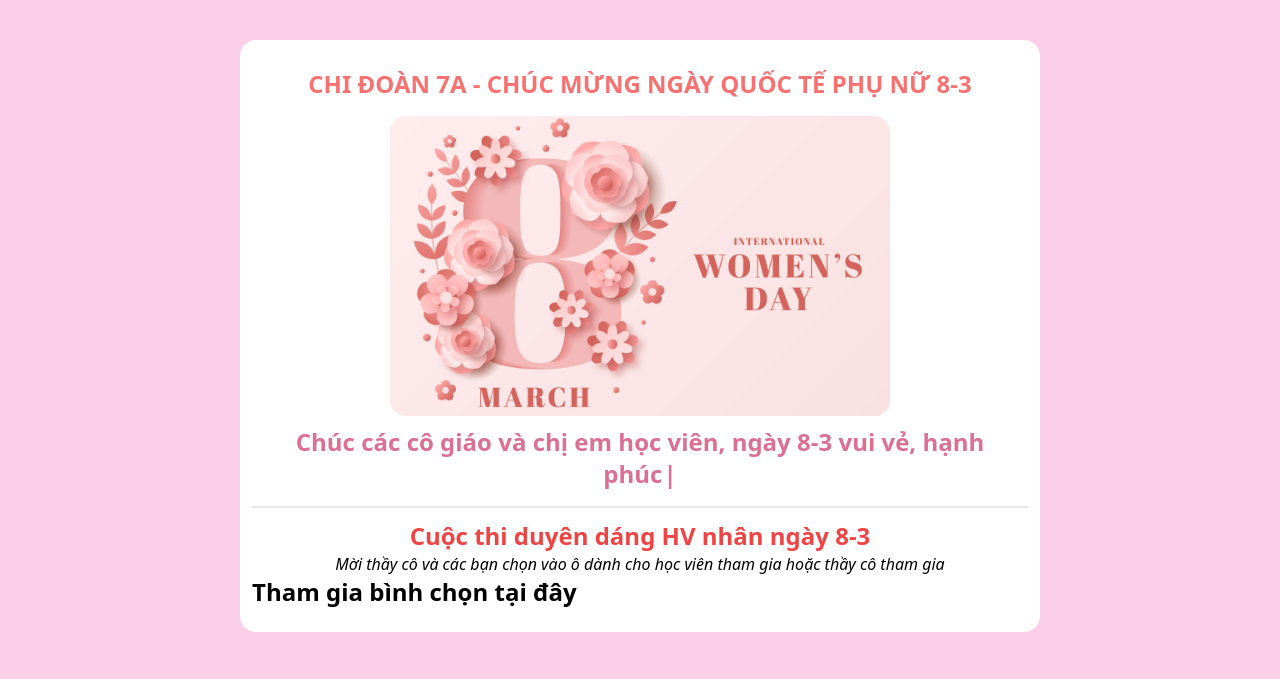
Repository: hoang0508/web-837A
Page: /
These files come from the project's save history. The page is drawn as it stood at one moment and after the next save; the edit follows.
The browser window is 1280 px wide. The pictures show the whole page.
Some web fonts or font styles are not loaded; a fallback is used. The project was rebuilt for these pictures with package versions that can differ from the ones it lists, and the page was loaded fresh each time. Also part of the build but not shown: vite.config.js.

Above is the page before, as saved 2025-02-28 19:24:42.

### index.html
<!DOCTYPE html>
<html lang="en">
  <head>
    <meta charset="UTF-8" />
    <link rel="icon" type="image/svg+xml" href="/vite.svg" />
    <meta name="viewport" content="width=device-width, initial-scale=1.0" />
    <link rel="preconnect" href="https://fonts.googleapis.com" />
    <link rel="preconnect" href="https://fonts.gstatic.com" crossorigin />
    <link
      href="https://fonts.googleapis.com/css2?family=Bai+Jamjuree:ital,wght@0,200;0,300;0,400;0,500;0,600;0,700;1,200;1,300;1,400;1,500;1,600;1,700&family=Montserrat:ital,wght@0,100..900;1,100..900&display=swap"
      rel="stylesheet"
    />
    <title>Vite + React</title>
  </head>
  <body>
    <div id="root"></div>
    <script type="module" src="/src/main.jsx"></script>
  </body>
</html>

### src/index.css
@import url("https://fonts.googleapis.com/css2?family=Bai+Jamjuree:ital,wght@0,200;0,300;0,400;0,500;0,600;0,700;1,200;1,300;1,400;1,500;1,600;1,700&family=Montserrat:ital,wght@0,100..900;1,100..900&display=swap");
@tailwind base;
@tailwind components;
@tailwind utilities;
*,
*:before,
*:after {
  box-sizing: border-box;
}

img,
picture,
svg,
video {
  display: block;
  max-width: 100%;
}
input,
select,
textarea {
  background-color: transparent;
  outline: none;
}
button {
  cursor: pointer;
  background-color: transparent;
  outline: none;
  border: 0;
}
body {
  min-height: 100vh;
  font-weight: 400;
  font-size: 16px;
  line-height: 1;
}

.Typewriter {
  margin: 10px;
  color: palevioletred;
  text-align: center;
  height: 70px;
}

### src/App.jsx
import { useState } from "react";
import reactLogo from "./assets/react.svg";
import anh83 from "./assets/anh832.png";
import Typewriter from "typewriter-effect";

import "./index.css";

function App() {
  const [count, setCount] = useState(0);

  return (
    <>
      <div className="text-2xl font-bold  bg-pink-200 min-h-screen p-10">
        <div className="bg-white shadow-3xl p-3 w-[800px]  my-0 mx-auto rounded-2xl">
          <h1 className="text-center text-red-400 p-4 uppercase">
            Chi đoàn 7A - CHÚC MỪNG NGÀY QUỐC TẾ PHỤ NỮ 8-3
          </h1>
          <div className="mx-auto w-[500px] h-[300px]">
            <img
              src={anh83}
              alt="##"
              className="w-full h-full object-cover rounded-2xl"
            />
          </div>
          <div className="border-b-2 border-gray-200">
            <Typewriter
              options={{
                strings: [
                  `${"Chúc các cô giáo và chị em học viên, ngày 8-3 vui vẻ, hạnh phúc, luôn mạnh khỏe và thành công! 🌸💐❤️❤️❤️💰"}`,
                ],
                delay: 75,
                autoStart: true,
                loop: true,
              }}
            />
          </div>
          <div className="my-3">
            <h3 className="text-center font-bold text-red-500">
              Cuộc thi duyên dáng HV nhân ngày 8-3
            </h3>
            <p className="text-center italic text-base font-light">
              Mời thầy cô và các bạn chọn vào ô dành cho học viên tham gia hoặc
              thầy cô tham gia
            </p>
            <button>Tham gia bình chọn tại đây</button>
          </div>
        </div>
      </div>
    </>
  );
}

export default App;

### tailwind.config.js
/** @type {import('tailwindcss').Config} */
export default {
  content: ["./index.html", "./src/**/*.{js,ts,jsx,tsx}"],
  theme: {
    extend: {
      keyframes: {
        typing: {
          "0%": {
            width: "0%",
            visibility: "hidden",
          },
          "100%": {
            width: "100%",
          },
        },
        blink: {
          "50%": {
            borderColor: "transparent",
          },
          "100%": {
            borderColor: "white",
          },
        },
      },
      animation: {
        typing: "typing 5s steps(40) infinite alternate, blink .10s infinite",
      },
    },
  },
  plugins: [],
};

Loaded but not shown: src/main.jsx (common file)

After the next save:
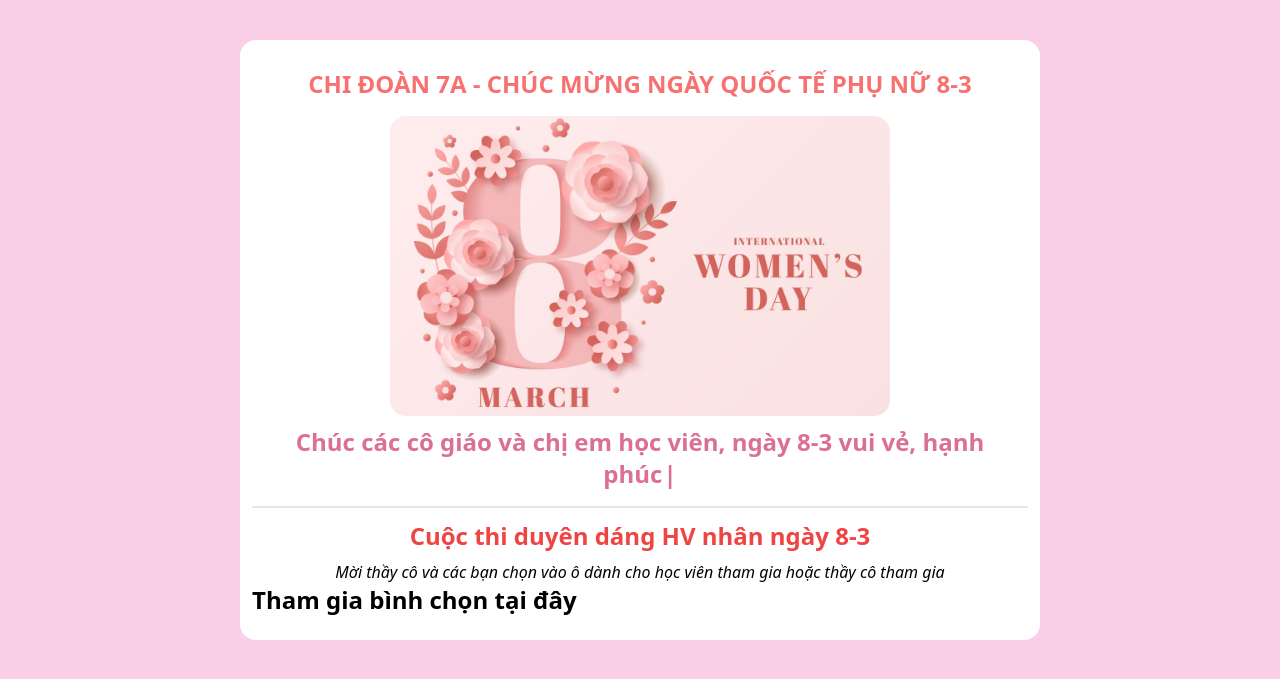
Saved 14 s later.
--- a/src/App.jsx
+++ b/src/App.jsx
@@ -35,7 +35,7 @@ function App() {
             />
           </div>
           <div className="my-3">
-            <h3 className="text-center font-bold text-red-500">
+            <h3 className="text-center font-bold text-red-500 mb-2">
               Cuộc thi duyên dáng HV nhân ngày 8-3
             </h3>
             <p className="text-center italic text-base font-light">
